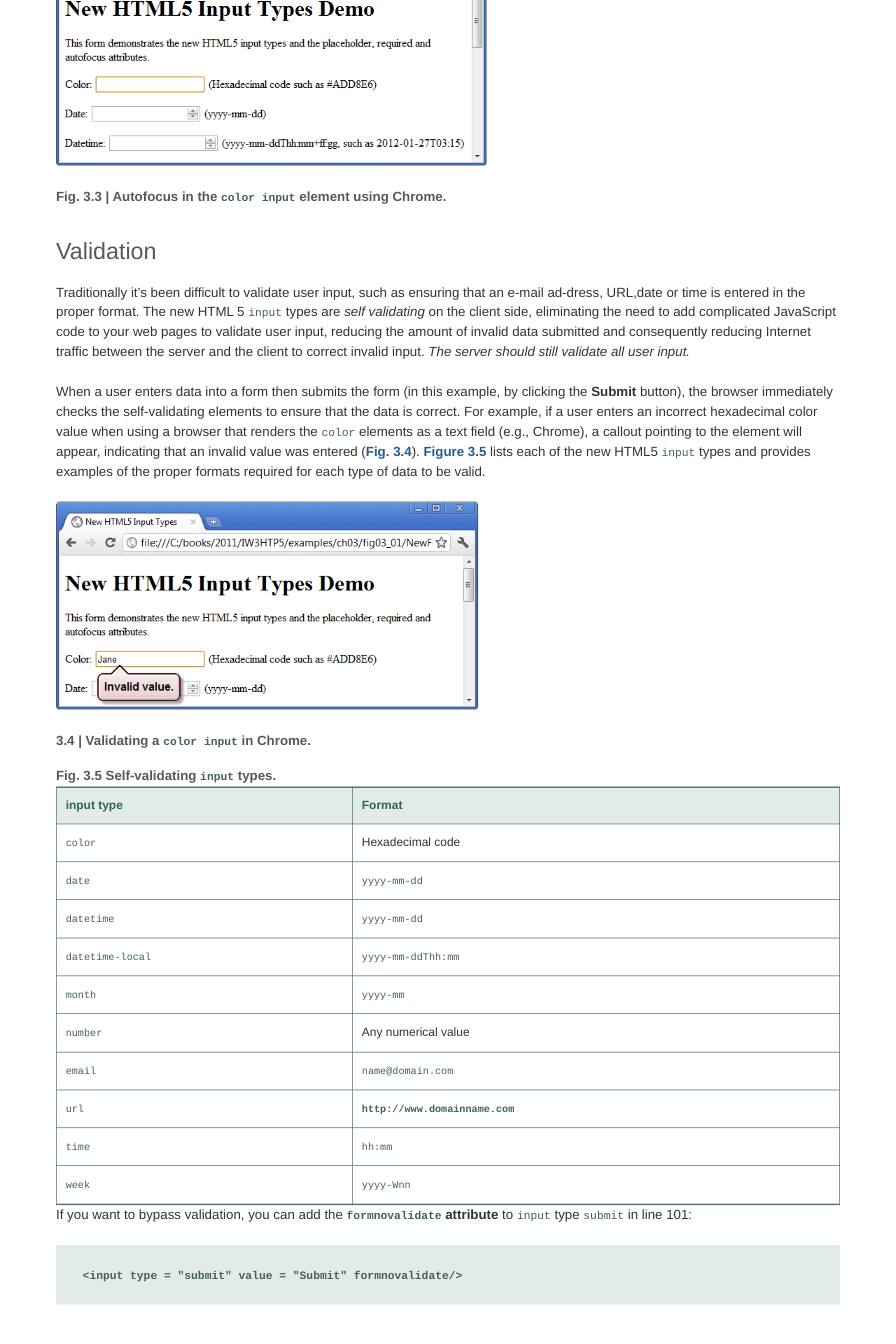
Repository: mlmEFSC21/P4-Textbook-Copy
Page: index.html
The author's editor kept a copy of each file at every save. The page is drawn from the files as they stood at one save, then again after the next save.
The browser window is 1280 px wide. The pictures show the part of the page from y = 1092 to 3012 px (the page is 3012 px tall before and 2987 px after), at 70% of full size.

Above is the page before, as saved 2022-02-03 20:15:39.

### index.html
<!DOCTYPE html>
<html lang="en">
    <head>
        <meta charset="UTF-8" />
        <meta http-equiv="X-UA-Compatible" content="IE=edge" />
        <meta name="viewport" content="width=device-width, initial-scale=1.0" />
        <link rel="stylesheet" href="bookStyles.css" />
        <title>Laying Out Book Pages</title>
    </head>
    <body>
        <header>
            <!-- This is the header from the top of the page. Acts as a placeholder for Fig-1 as it wasn't included. -->
            <h1 id="fig-1-placeholder">
                3.2 New HTML5 Form <code><span class="header1">input</span></code> Types
            </h1>
        </header>
        <section class="color-input-type">
            <header>
                <h1>3.2.1 <code>input</code> Type <code>color</code></h1>
            </header>
            <p>
                The <code><span class="code-heavy">color input</span></code> type (<a
                    href="#fig-1-placeholder"
                    >Fig. 3.1</a
                >, lines 20–21) enables the user to enter a color. At the time of this writing, most
                browsers render the <code>color input</code> type as a text field in which the user
                can enter a hexadecimal code or a color name. In the future, when you click a
                <code>color input</code>, browsers will likely display a
                <em>color picker</em> similar to the Microsoft Windows color dialog shown in
                <a href="#color-input">Fig. 3.2.</a>
            </p>
            <figure>
                <img
                    src="images/OperaColorInput.png"
                    alt="Microsoft Windows color dialog"
                    id="color-input"
                />
                <figcaption>
                    <header>
                        <h1 class="fig-cap">Fig. 3.2 | A dialog for choosing colors.</h1>
                    </header>
                </figcaption>
            </figure>
        </section>
        <section class="autofocus-attribute">
            <header>
                <h1><code>autofocus</code> Attribute</h1>
            </header>
            <p>
                The <code><span class="code-heavy">autofocus</span></code>
                <strong>attribute</strong> (<a href="#fig-1-placeholder">Fig. 3.1</a>, line 20)—an
                optional attribute that can be used in only one <code>input</code> element on a
                form—automatically gives the focus to the <code>input</code> element, allowing the
                user to begin typing in that element immediately.
                <a href="#autofocus">Figure 3.3</a> shows <code>autofocus</code> on the
                <code>color</code> element—the first <code>input</code> element in our form—as
                rendered in Chrome. You do not need to include <code>autofocus</code> in your forms.
            </p>
            <figure>
                <img
                    src="images/Autofocus.png"
                    alt="web page demo of autofocus on a color input field"
                    id="autofocus"
                />
                <figcaption>
                    <header>
                        <h1 class="fig-cap">
                            Fig. 3.3 | Autofocus in the
                            <code><span class="code-heavy">color input</span></code> element using
                            Chrome.
                        </h1>
                    </header>
                </figcaption>
            </figure>
        </section>
        <section class="input-validation">
            <header>
                <h1>Validation</h1>
            </header>
            <p>
                Traditionally it’s been difficult to validate user input, such as ensuring that an
                e-mail ad-dress, URL,date or time is entered in the proper format. The new HTML 5
                <code>input</code> types are <em>self validating</em> on the client side,
                eliminating the need to add complicated JavaScript code to your web pages to
                validate user input, reducing the amount of invalid data submitted and consequently
                reducing Internet traffic between the server and the client to correct invalid
                input. <em>The server should still validate all user input.</em>
            </p>
            <p>
                When a user enters data into a form then submits the form (in this example, by
                clicking the <strong>Submit</strong> button), the browser immediately checks the
                self-validating elements to ensure that the data is correct. For example, if a user
                enters an incorrect hexadecimal color value when using a browser that renders the
                <code>color</code> elements as a text field (e.g., Chrome), a callout pointing to
                the element will appear, indicating that an invalid value was entered (<a
                    href="#self-validation"
                    >Fig. 3.4</a
                >). <a href="#fig-3.5-table">Figure 3.5</a> lists each of the new HTML5
                <code>input</code> types and provides examples of the proper formats required for
                each type of data to be valid.
            </p>
            <figure>
                <img
                    src="images/SelfValidationChrome.png"
                    alt="web page demo of validation preventing a non color input into a color input field"
                    id="self-validation"
                />
                <figcaption>
                    <header>
                        <h1 class="fig-cap">
                            3.4 | Validating a
                            <code><span class="code-heavy">color input</span></code> in Chrome.
                        </h1>
                    </header>
                </figcaption>
            </figure>
        </section>
        <section class="self-validating-types">
            <figure>
                <figcaption>
                    <header>
                        <h1 class="fig-cap">
                            Fig. 3.5 Self-validating
                            <code><span class="code-heavy">input</span></code> types.
                        </h1>
                    </header>
                </figcaption>
                <table class="validation-table" id="fig-3.5-table">
                    <thead>
                        <tr>
                            <th>input type</th>
                            <th>Format</th>
                        </tr>
                    </thead>
                    <tbody>
                        <tr>
                            <td><code>color</code></td>
                            <td>Hexadecimal code</td>
                        </tr>
                        <tr>
                            <td><code>date</code></td>
                            <td><code>yyyy-mm-dd</code></td>
                        </tr>
                        <tr>
                            <td><code>datetime</code></td>
                            <td><code>yyyy-mm-dd</code></td>
                        </tr>
                        <tr>
                            <td><code>datetime-local</code></td>
                            <td><code>yyyy-mm-ddThh:mm</code></td>
                        </tr>
                        <tr>
                            <td><code>month</code></td>
                            <td><code>yyyy-mm</code></td>
                        </tr>
                        <tr>
                            <td><code>number</code></td>
                            <td>Any numerical value</td>
                        </tr>
                        <tr>
                            <td><code>email</code></td>
                            <td><code>name@domain.com</code></td>
                        </tr>
                        <tr>
                            <td><code>url</code></td>
                            <td>
                                <a href="http://www.domainname.com"
                                    ><code>http://www.domainname.com</code></a
                                >
                            </td>
                        </tr>
                        <tr>
                            <td><code>time</code></td>
                            <td><code>hh:mm</code></td>
                        </tr>
                        <tr>
                            <td><code>week</code></td>
                            <td><code>yyyy-Wnn</code></td>
                        </tr>
                    </tbody>
                </table>
            </figure>
            <aside>
                <p>
                    If you want to bypass validation, you can add the
                    <code><span class="code-heavy">formnovalidate</span></code>
                    <strong>attribute</strong> to <code>input</code> type <code>submit</code> in
                    line 101:
                </p>
                <div class="form-no-val">
                    <span class="code-heavy"
                        ><code
                            >&lt;input type = "submit" value = "Submit" formnovalidate/&gt;</code
                        ></span
                    >
                </div>
            </aside>
        </section>
    </body>
</html>

### bookStyles.css
:root {
    --clr-prime: #;
    --clr-font-prime: #333;
    --clr-font-code: #446256;
    --clr-font-links: #275b8a;
    --clr-font-fig-figcap: #585858;
    --clr-table-border: #467273;
    --clr-background: white;
    --clr-background-accent: rgba(70, 114, 115, 0.15);
}
*,
*::before,
*::after {
    margin: 0;
    padding: 0;
    box-sizing: border-box;
}
html {
    font-size: 19px;
    font-family: sans-serif;
}
body {
    font-family: "Helvetica Neue", Helvetica, Arial, "Lucida Grande", sans-serif;
    margin: 57px 0;
    padding: 0 80px;
    padding: auto;
    line-height: 1.5;
    background-color: var(--clr-background);
    color: var(--clr-font-prime);
}
h1 {
    font-size: 2.5em;
    margin-top: 1.15em;
    margin-bottom: 0.6em;
    font-style: normal;
    font-weight: 300;
    line-height: 1.5;
}
section header h1 {
    color: #585858;
    font-size: 1.75em;
    font-style: normal;
    font-weight: 300;
}
h1,
code {
    color: var(--clr-font-code);
}
figure figcaption {
    margin-top: 0.75em;
    color: var(--clr-font-fig-figcap);
    font-weight: 300;
}
figure header h1 {
    margin-bottom: 0;
    font-size: 1em;
    color: var(--clr-font-fig-figcap);
    font-weight: 700;
}
code {
    font-family: Courier, "Courier New", monospace;
    font-size: 0.85em;
}
.code-heavy {
    font-weight: 900;
}
p {
    margin-bottom: 1.5em;
}
table {
    width: 100%;
    border-style: solid;
    border-width: 2px 1px 2px;
    border-color: var(--clr-table-border);
    border-radius: 0;
    font-size: 0.9em;
    line-height: 1.5em;
    border-collapse: collapse;
}
table thead tr th {
    padding: 0.75em;
    margin: 0;
    vertical-align: top;
    text-align: left;
    color: #2c6655;
    font-style: normal;
    font-weight: 600;
    border: 1px solid var(--clr-table-border);
}
tbody {
    display: table-row-group;
}
tr {
    display: table-row;
    vertical-align: baseline;
}
table td {
    border: 1px solid var(--clr-table-border);
    padding: 0.75em;
    margin: 0;
    vertical-align: top;
    text-align: left;
}
div {
    padding: 1.5em 0 1.5em 2em;
}
th,
div {
    background-color: var(--clr-background-accent);
}
a {
    color: var(--clr-font-links);
    text-decoration: none;
    font-weight: 700;
    cursor: pointer;
}

After the next save:
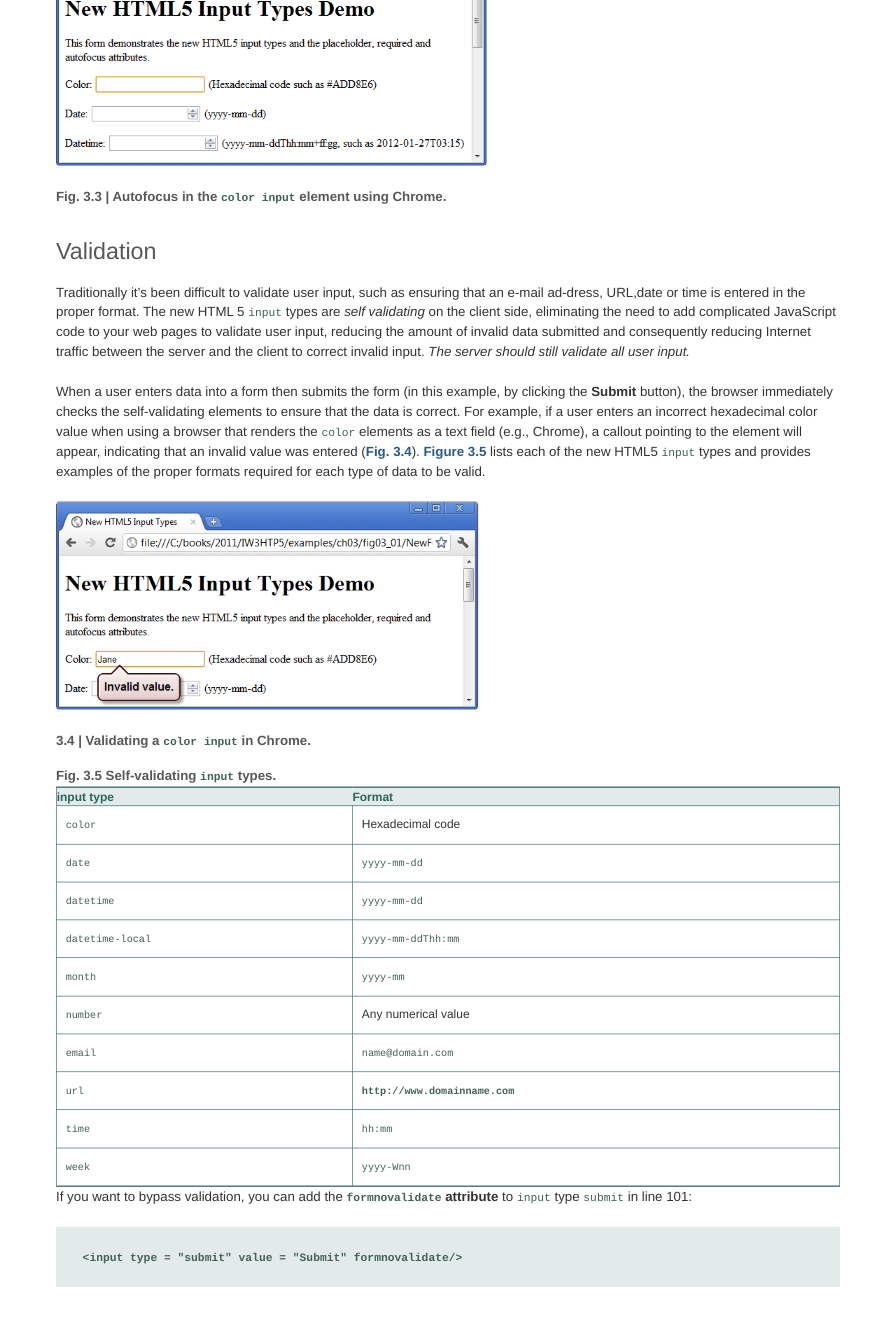
Saved 23 s later.
--- a/bookStyles.css
+++ b/bookStyles.css
@@ -77,7 +77,7 @@
     line-height: 1.5em;
     border-collapse: collapse;
 }
-table thead tr th {
+table thead {
     padding: 0.75em;
     margin: 0;
     vertical-align: top;

After the 2 saves that followed:
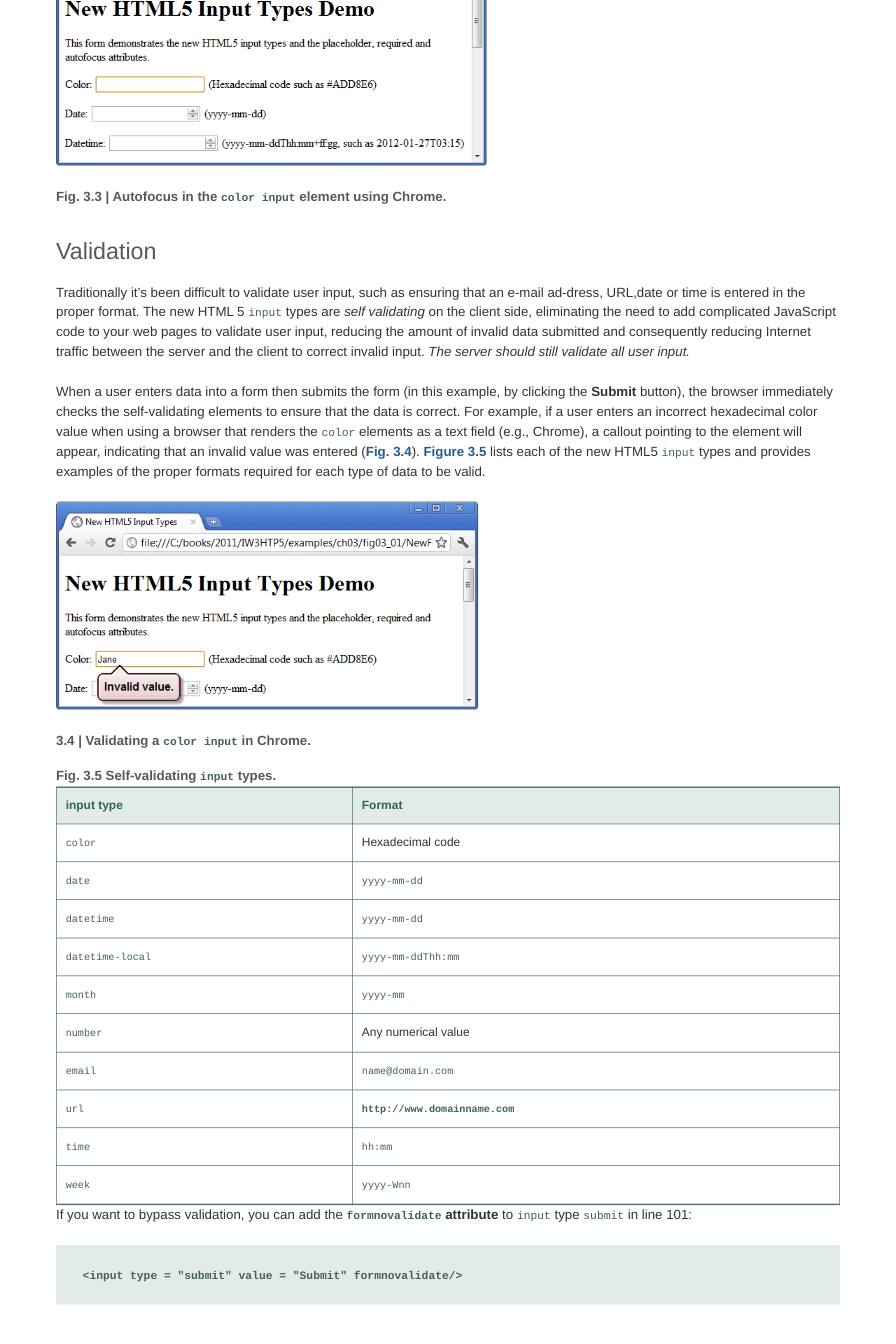
The 2 saves are shown as one change because 1 left the picture as it was.
The last was saved 15 s later.
--- a/bookStyles.css
+++ b/bookStyles.css
@@ -77,7 +77,7 @@
     line-height: 1.5em;
     border-collapse: collapse;
 }
-table thead {
+table thead tr th {
     padding: 0.75em;
     margin: 0;
     vertical-align: top;
